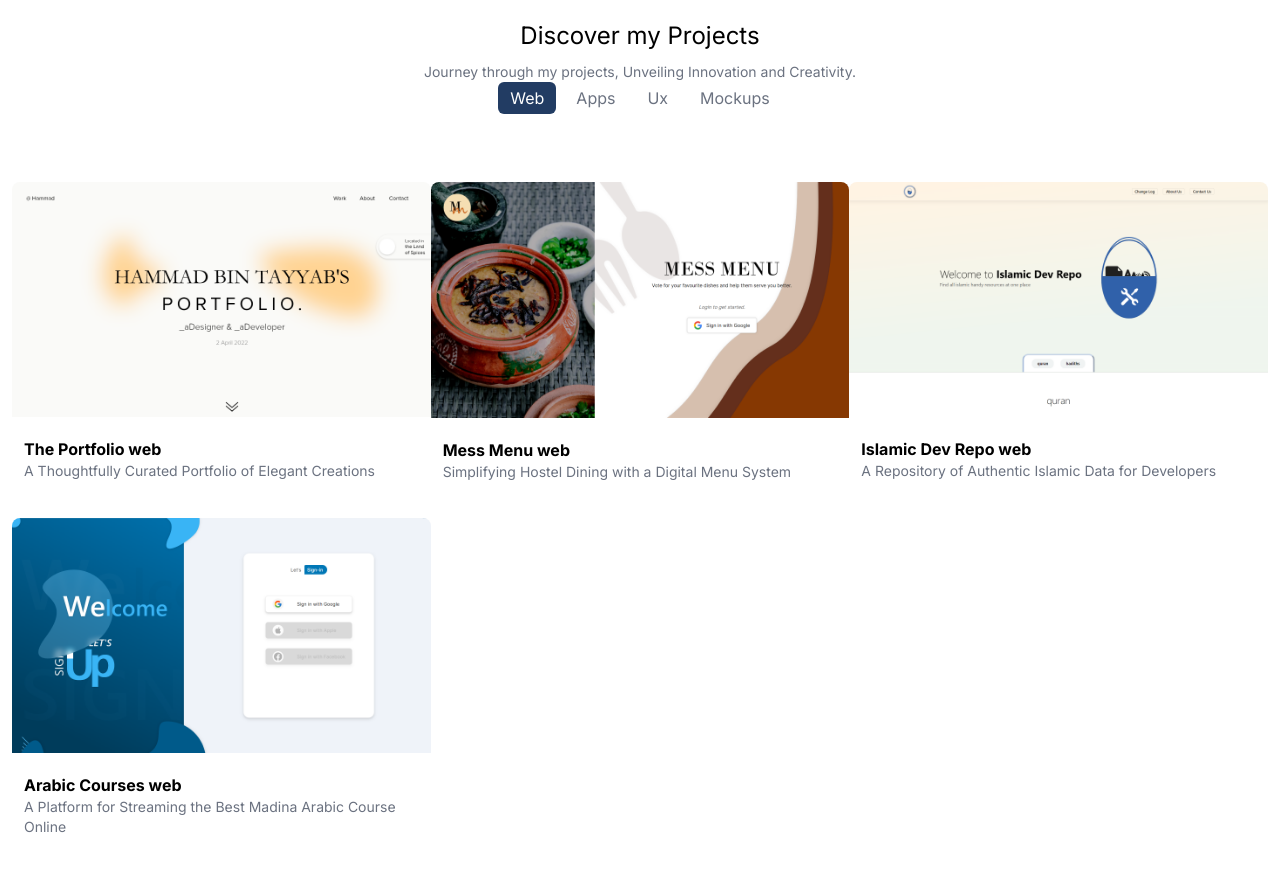
Repository: SpicierEwe/my_portfolio_v2
Page: /
These files come from the project's save history. The page is drawn as it stood at one moment and after a run of saves; the edit follows.
The browser window is 1280 px wide. The pictures show the whole page.
The project was rebuilt for these pictures with package versions that can differ from the ones it lists, and the page was loaded fresh each time. The framework's server and built-in components were replaced by stand-ins that run in the browser. Also part of the build but not shown: next.config.js, core/utils/customIcons.js, core/utils/utils.tsx, core/db/sub_db_data/ux_db.js.

Above is the page before, as saved 2024-04-22 11:17:13.

After the next 2 saves:
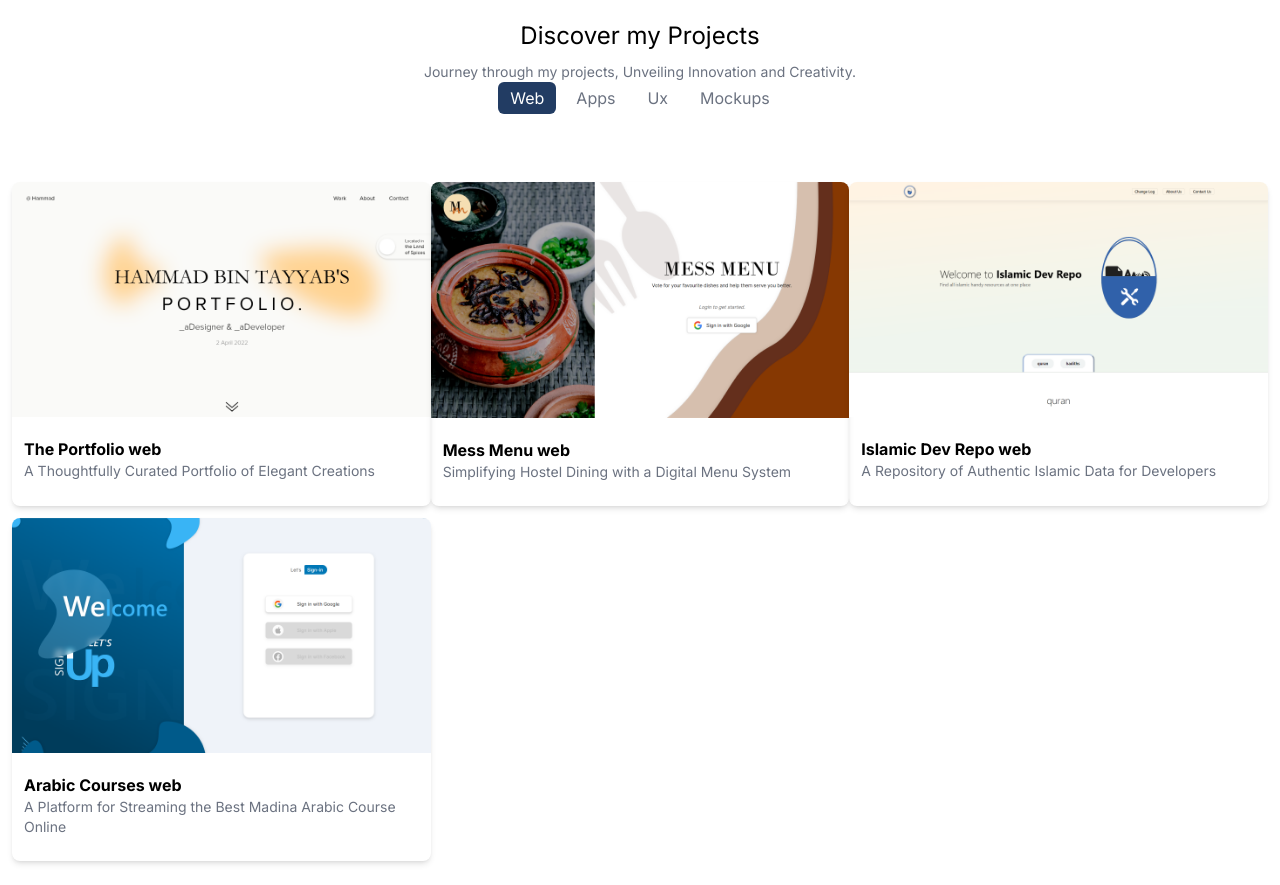
The 2 saves are shown as one change because they came seconds apart.
The last was saved 14 s later.
--- a/Components/Work_section/work_section.tsx
+++ b/Components/Work_section/work_section.tsx
@@ -57,7 +57,7 @@
               return (
                 <div
                   key={index}
-                  className="shadow-brand-color rounded-lg overflow-hidden mb-3"
+                  className="shadow-md rounded-lg overflow-hidden mb-3"
                 >
                   {
                     <Image

After the save that followed:
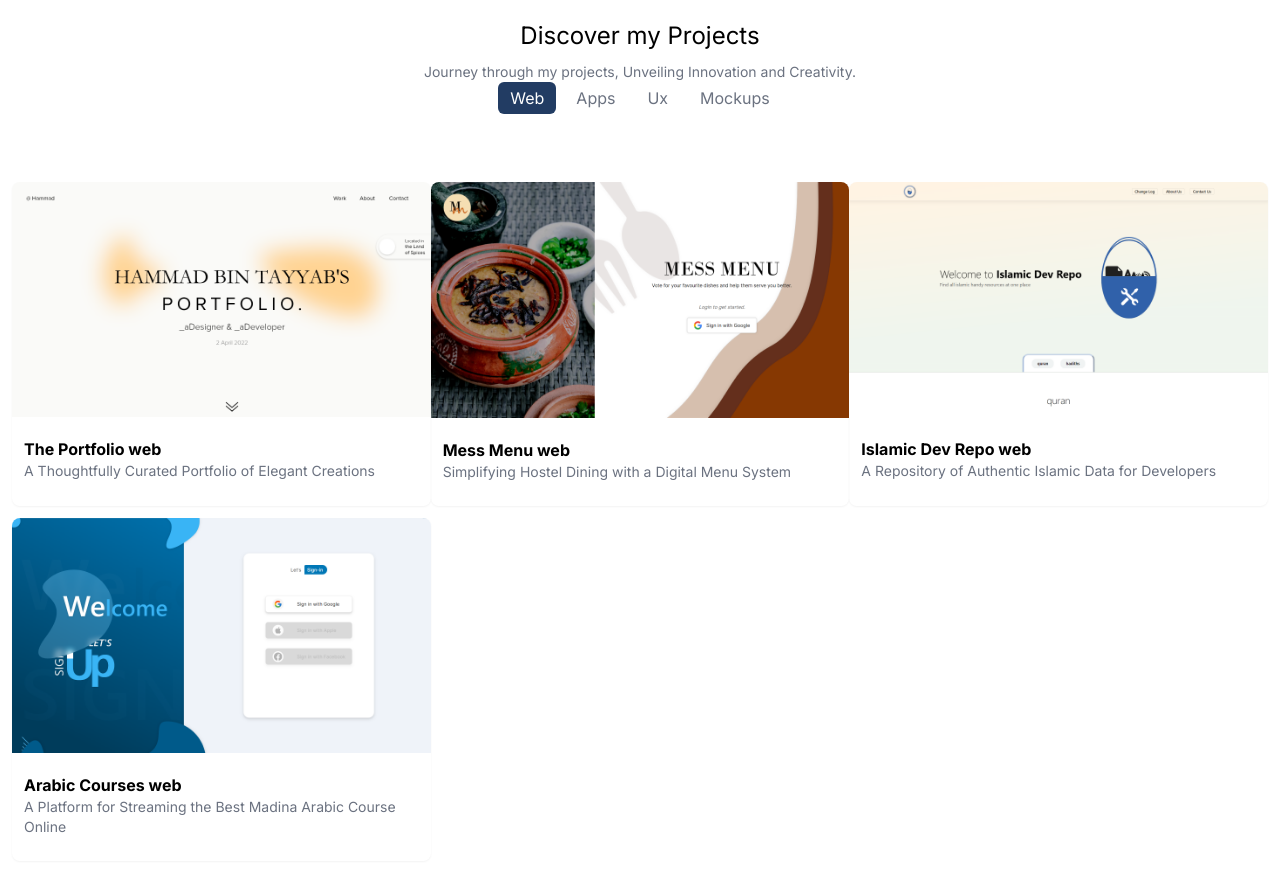
Saved 4 s later.
--- a/Components/Work_section/work_section.tsx
+++ b/Components/Work_section/work_section.tsx
@@ -57,7 +57,7 @@
               return (
                 <div
                   key={index}
-                  className="shadow-md rounded-lg overflow-hidden mb-3"
+                  className="shadow-sm rounded-lg overflow-hidden mb-3"
                 >
                   {
                     <Image
